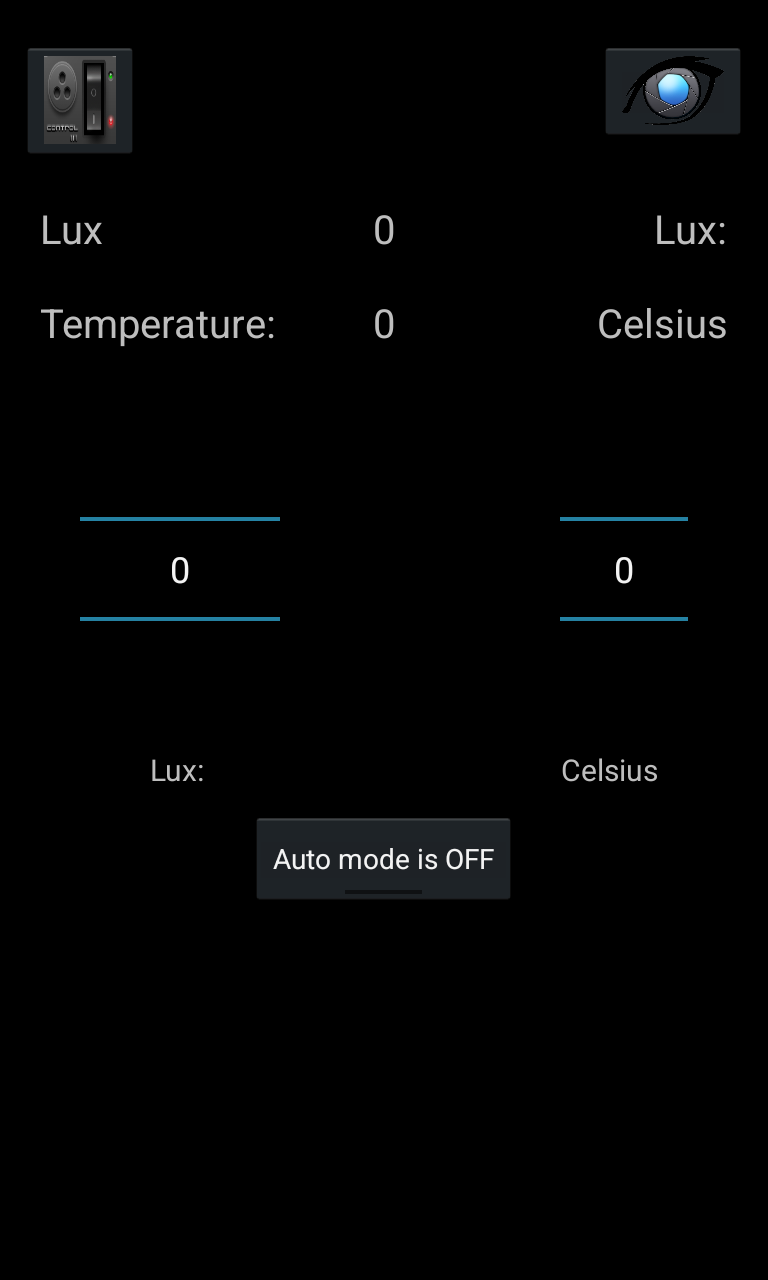
Repository: deanzaka/Shroom_IOIO_OpenCV
Layout: samples/IOIOSimpleApp/res/layout/main.xml
An editor plug-in stored every save of this project. The layout is shown before and after the next save, followed by the edit.
It is drawn on a 768 x 1280 px phone screen (xhdpi) without system bars, with theme android:Theme.Holo; the app's code is not run.

Above is the layout before, as saved 2014-06-04 09:56:20.

### samples/IOIOSimpleApp/res/layout/main.xml
<?xml version="1.0" encoding="utf-8"?>
<LinearLayout xmlns:android="http://schemas.android.com/apk/res/android"
    android:orientation="vertical"
    android:layout_width="fill_parent"
    android:layout_height="fill_parent"
    android:background="#00000000">

    <RelativeLayout
        android:layout_width="match_parent"
        android:layout_height="wrap_content"
        android:orientation="horizontal"
        android:paddingTop="10dp">

        <ImageButton
            android:src="@drawable/camera"
            android:id="@+id/CameraButton"
            android:layout_width="wrap_content"
            android:layout_height="wrap_content"
            android:layout_margin="10dp"
            android:layout_alignParentRight="true"
            android:maxWidth="75dp"
  			android:maxHeight="75dp"
  			android:scaleType="fitCenter"
            android:adjustViewBounds="true"
            android:onClick="ColorBlobSetup"
            />

        <ImageButton
		    android:id="@+id/panel"
		    android:src="@drawable/panel"
		    android:layout_height="60dp"
		    android:layout_width="60dp"
		    android:layout_marginTop="10dp"
		    android:layout_marginLeft="10dp"
		    android:scaleType="fitXY"
		    android:layout_alignParentLeft="true"
		    android:onClick="menuAct"
		    />

    </RelativeLayout>

	<RelativeLayout
		android:layout_width="match_parent"
		android:layout_height="wrap_content"
		android:orientation="horizontal"
		android:paddingTop="20dp">
		<TextView
			android:text="@string/inte_label"
			android:layout_width="wrap_content"
			android:layout_height="wrap_content"
			android:layout_alignParentLeft="true"
			android:paddingLeft="20dp"
			android:textSize="20sp"
			/>

		<TextView
		    android:id="@+id/LuxValue"
		    android:layout_width="wrap_content"
		    android:layout_height="wrap_content"
		    android:layout_centerHorizontal="true"
		    android:text="0"
		    android:textSize="20sp" />

		<TextView
			android:text="@string/lux_label"
			android:layout_width="wrap_content"
			android:layout_height="wrap_content"
			android:layout_alignParentRight="true"
			android:paddingRight="20dp"
			android:textSize="20sp"
			/>
	</RelativeLayout>

	<RelativeLayout
		android:layout_width="wrap_content"
		android:layout_height="wrap_content"
		android:orientation="horizontal"
		android:paddingTop="20dp">
		<TextView
			android:text="@string/temp_label"
			android:layout_width="wrap_content"
			android:layout_height="wrap_content"
			android:paddingLeft="20dp"
			android:layout_alignParentLeft="true"
			android:textSize="20sp"
			/>
		<TextView
			android:id="@+id/TempValue"
			android:text="0"
			android:layout_width="wrap_content"
			android:layout_height="wrap_content"
			android:layout_centerHorizontal="true"
			android:textSize="20sp"
			/>
		<TextView
			android:text="@string/cel_label"
			android:layout_width="wrap_content"
			android:layout_height="wrap_content"
			android:paddingRight="20dp"
			android:layout_alignParentRight="true"
			android:textSize="20sp"
			/>
	</RelativeLayout>

	<RelativeLayout
	    android:layout_width="fill_parent"
		android:layout_height="wrap_content"
		android:orientation="horizontal"
		android:gravity="center_horizontal"
		android:paddingTop="20dp">

		<NumberPicker
		    android:id="@+id/userLux"
		    android:layout_width="100dp"
		    android:layout_height="wrap_content"
		    android:layout_alignParentLeft="true"
		    android:layout_marginLeft="40dp"/>

		<NumberPicker
		    android:id="@+id/userTemp"
		    android:layout_width="wrap_content"
		    android:layout_height="wrap_content"
		    android:layout_alignParentRight="true"
		    android:layout_marginRight="40dp"/>

	</RelativeLayout>

	<RelativeLayout
	    android:layout_width="fill_parent"
		android:layout_height="wrap_content"
		android:orientation="horizontal"
		android:gravity="center_horizontal">

		<TextView
		    android:text="@string/lux_label"
		    android:layout_width="wrap_content"
		    android:layout_height="wrap_content"
		    android:layout_alignParentLeft="true"
		    android:layout_marginLeft="75dp"
		    android:textSize="15sp"/>

		<TextView
		    android:text="@string/cel_label"
		    android:layout_width="wrap_content"
		    android:layout_height="wrap_content"
		    android:layout_alignParentRight="true"
		    android:layout_marginRight="55dp"
		    android:textSize="15sp"/>

	</RelativeLayout>

	<ToggleButton
			android:id="@+id/ToggleAuto"
			android:layout_width="wrap_content"
			android:layout_height="wrap_content"
			android:layout_margin="10dp"
			android:textOff="Auto mode is OFF"
			android:textOn="Auto mode is ON"
			android:layout_gravity="center_horizontal"
			/>
</LinearLayout>

### samples/IOIOSimpleApp/res/values/strings.xml
<?xml version="1.0" encoding="utf-8"?>
<resources>

    <string name="app_name">Shroom</string>
    <string name="lux_label">Lux:</string>
    <string name="cel_label">Celsius</string>
    <string name="temp_label">Temperature:</string>
    <string name="inte_label">Lux</string>
    <string name="IR_label">IR</string>
    <string name="title_activity_menu">Shroom</string>
    <string name="seekbar_label">Move to unlock panel</string>
    <string name="action_settings">Settings</string>
    <string name="hello_world">Hello world!</string>
    <string name="setup_label">Choose button to setup color codes</string>
    <string name="setup_title">setup Color Codes</string>

</resources>

After the next save:
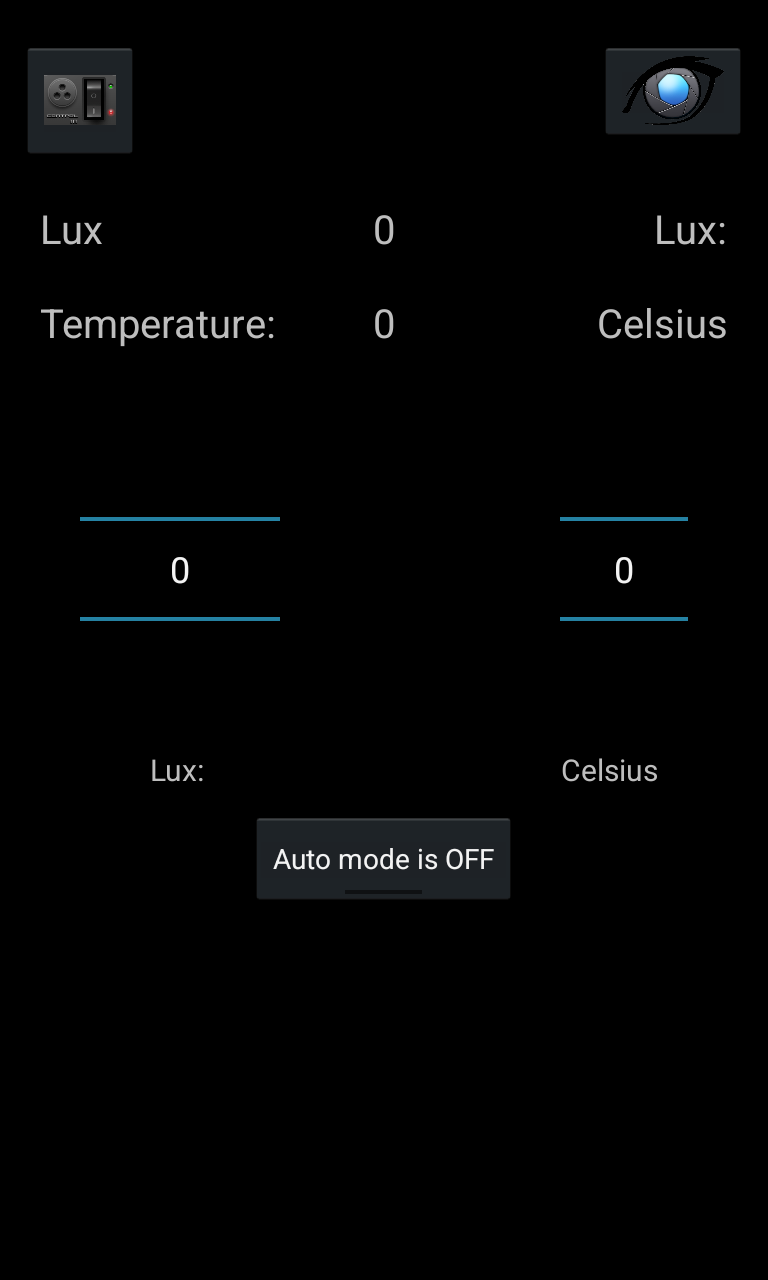
Saved 2 min 45 s later.
--- a/samples/IOIOSimpleApp/res/layout/main.xml
+++ b/samples/IOIOSimpleApp/res/layout/main.xml
@@ -32,7 +32,7 @@
 		    android:layout_width="60dp"
 		    android:layout_marginTop="10dp"
 		    android:layout_marginLeft="10dp"
-		    android:scaleType="fitXY"
+		    android:scaleType="fitCenter"
 		    android:layout_alignParentLeft="true"
 		    android:onClick="menuAct"
 		    />

After the save that followed:
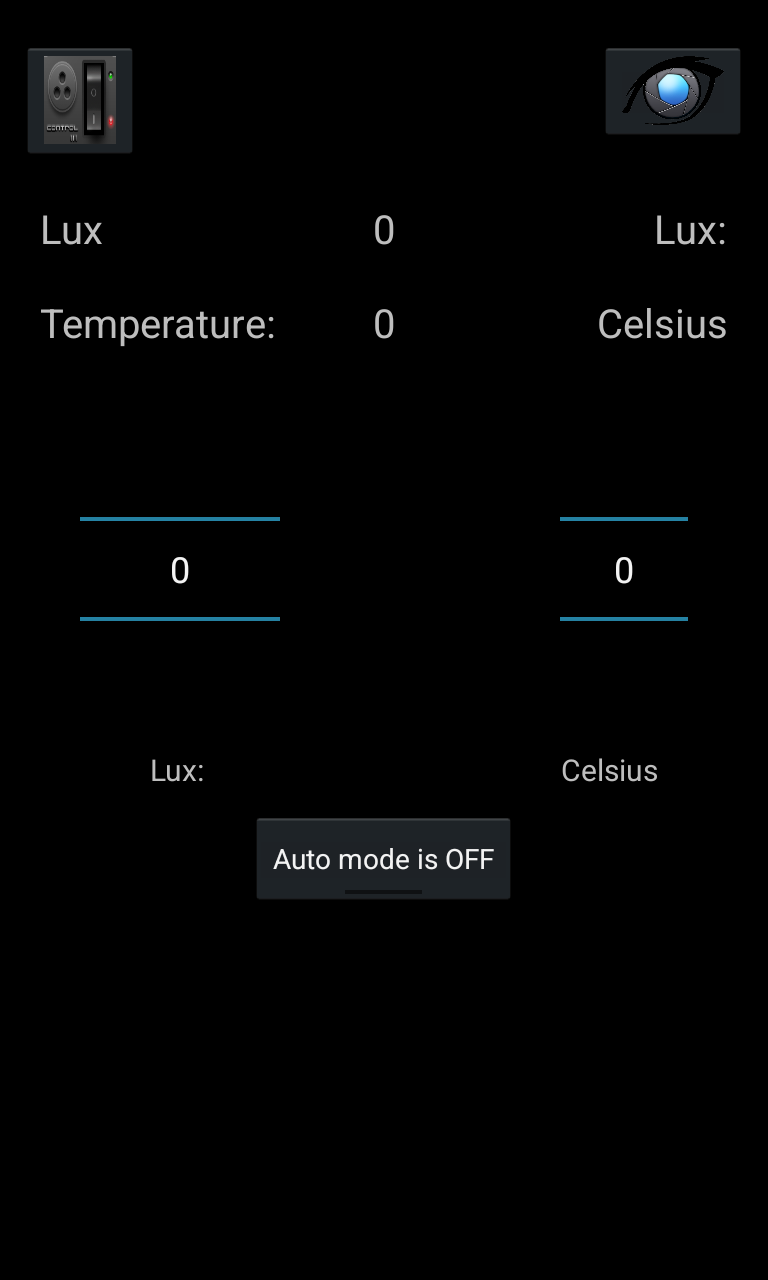
Saved 40 s later.
--- a/samples/IOIOSimpleApp/res/layout/main.xml
+++ b/samples/IOIOSimpleApp/res/layout/main.xml
@@ -32,7 +32,7 @@
 		    android:layout_width="60dp"
 		    android:layout_marginTop="10dp"
 		    android:layout_marginLeft="10dp"
-		    android:scaleType="fitCenter"
+		    android:scaleType="fitXY"
 		    android:layout_alignParentLeft="true"
 		    android:onClick="menuAct"
 		    />
